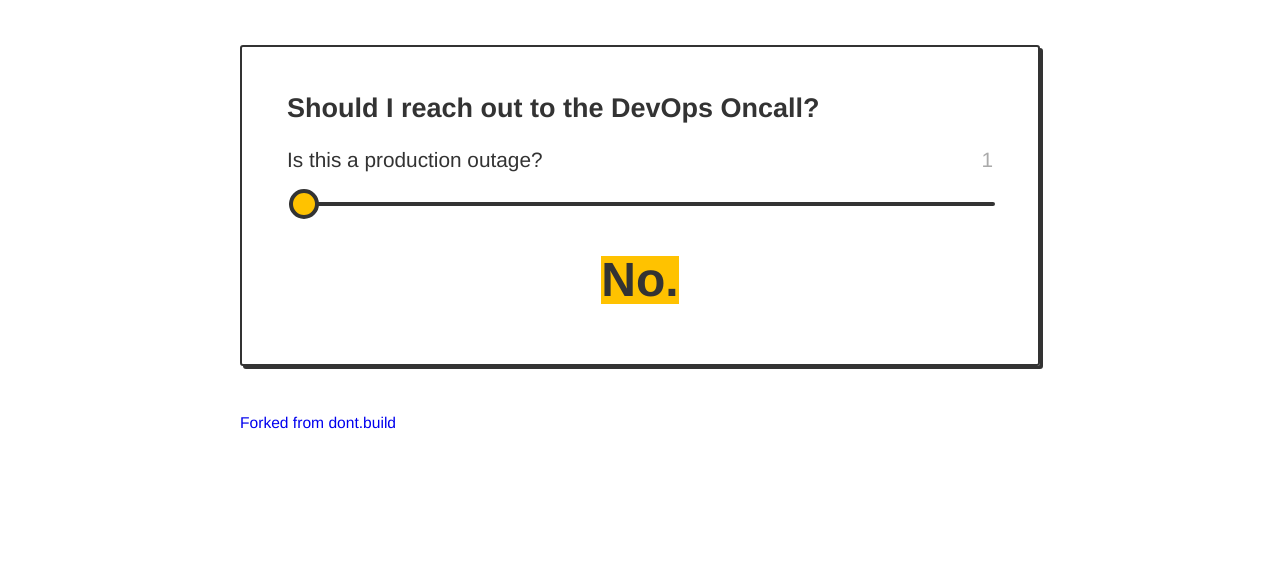
Repository: harishbsrinivas/dont.call
Page: index.html
An editor plug-in stored every save of this project. The page is shown before and after the next save, followed by the edit.
The browser window is 1280 px wide. The pictures show the whole page.

Above is the page before, as saved 2022-12-03 17:20:02.

### index.html
<!DOCTYPE html>
<html lang="en-US">

<head>
    <meta charset="utf-8" />
    <title>Should I reach out to the DevOps oncall?</title>
    <meta name="description"
        content="A simple, opinionated decision system to help decide whether to reach out to the Devops oncall?" />
    <link rel="shortcut icon" href="https://dont.build/favicon.png" />
    <meta property="og:image" content="https://dont.build/thumb.png">
    <meta name="viewport" content="width=device-width, initial-scale=1" />
    <link href="style.css?v=2" rel="stylesheet" type="text/css" />
</head>

<body>

    <div class="container">
        <section class="box">
            <h1 class="title">Should I reach out to the DevOps Oncall?</h1>
            <br />
            <form class="form">
                <fieldset class="p-outage">
                    <span class="value"></span>
                    <label>Is this a production outage?</label>
                    <input type="range" min="1" max="2" step="1" value="1" />
                </fieldset>
            </form>
            <h1 class="answer">
                <span><span class="bool"></span><span class="percent"></span></span>
            </h1>
        </section>

        <noscript>
            <h1>This page requires Javascript to function.</h1>
        </noscript>

        <footer><a href="https://github.com/knadh/dont.build">Forked from dont.build</a>
        </footer>
    </div>


    <script>
        (function () {
            const params = [
                { weight: 3, value: 1, negative: false, name: 'p-outage', },
            ]

            params.forEach((p, n) => {
                let net = 0;
                const inp = document.querySelector(`.${p.name} input`);

                inp.value = p.value;
                inp.oninput = (e) => {
                    const val = parseFloat(e.target.value, 64);
                    document.querySelector(`.${p.name} .value`).innerText = val;
                    p.value = val;

                    // Sum all weighted params.
                    const sum = params.reduce((prev, pm) => {
                        let v = pm.value;
                        if (pm.negative) {
                            v = 10 - v;
                        }

                        return prev + (v / 10 * pm.weight);
                    }, 0);

                    // Display the results.
                    // document.querySelector(".answer .percent").innerText = `${(sum * 100).toFixed(0)}%`;

                    let b = 'Yes';
                    if (sum < 0.5 && sum > 0.46) {
                        b = `No, but a close call.`;
                    } else if (sum < 0.48) {
                        b = `No.`;
                    } else if (sum > 0.5 && sum < 0.54) {
                        b = `Yes, but a close call.`;
                    } else if (sum === 0.5) {
                        b = '50-50. Go with the gut.';
                    }
                    document.querySelector(".answer .bool").innerText = b;
                };

                inp.dispatchEvent(new Event('input'));
            });
        })();
    </script>

</body>

</html>

### style.css
:root {
    --primary: #ffc200;
    --secondary: #333;
}

* {
    box-sizing: border-box;
}

html, body {
    margin: 0;
}

body {
    font-family: 'Helvetica Neue', 'Segoe UI', Arial, sans-serif;
    font-size: 18px;
    line-height: 24px;
    color: var(--secondary);
    height: 100%;
    margin: 0;
    padding: 0;
}

h1, h2, h3 {
  line-height: 2rem;
}

a {
    text-decoration: none;
}

p {
  color: #666;
}

fieldset {
  padding: 0;
  margin: 0;
  border: 0;
}

input[type="range"] {
  -webkit-appearance: none;
  width: 100%;
  height: 4px;
  background: var(--secondary);
  border-radius: 3px;
}

input[type="range"]::-webkit-slider-thumb {
  -webkit-appearance: none;
  background: var(--primary);
  height: 30px;
  width: 30px;
  border-radius: 50%;
  cursor: pointer;
  border: 4px solid var(--secondary);
}

input[type="range"]::-moz-range-thumb {
  background: var(--primary);
  border-radius: 100%;
  height: 20px;
  width: 20px;
  cursor: pointer;
  border: 4px solid var(--secondary);
}

input[type=range]::-webkit-slider-runnable-track  {
  -webkit-appearance: none;
  box-shadow: none;
  border: none;
  background: transparent;
}


button {
    background: var(--primary);
    cursor: pointer;
    border-color: #000;
    padding: 10px 30px;
}
    button:hover {
        background: #aaa;
    }

.container {
    max-width: 800px;
    margin: 45px auto 30px auto;
}
.box {
    padding: 30px 45px;
    border: 1px solid #ddd;
    border-radius: 3px;
    border: 2px solid var(--secondary);
    box-shadow: 3px 3px 0px var(--secondary);
    margin-bottom: 45px;
}

.container .title {
  margin: 15px 0 0px 0;
}

.help {
  margin-top: 5px;
}

.form {
  clear: both;
}
.form fieldset {
  font-size: 1.3rem;
  margin-bottom: 45px;
}
  .form label {
    display: block;
    margin-bottom: 15px;
  }
  .form .value, .help {
    float: right;
    color: #aaa;
  }

.answer {
  text-align: center;
  margin: 30px 0;
  font-size: 3rem;
  line-height: 3rem;
}
  .answer span {
    display: inline-block;
    background: var(--primary);
  }

footer {
  margin: 30px auto;
  color: #999;
  font-size: 0.975rem;
}

@media (max-width: 800px) {
  .container {
    max-width: none;
    margin: 20px 30px 20px 20px;
    padding: 0;
  }
  .box {
    padding: 0;
    border: 0;
    box-shadow: none;
  }
  .help {
    float: none;
  }
  .form label {
    float: left;
    max-width: 90%;
  }
}


@media (max-width: 400px) {
  .form label {
    max-width: 70%;
  }
}

After the next save:
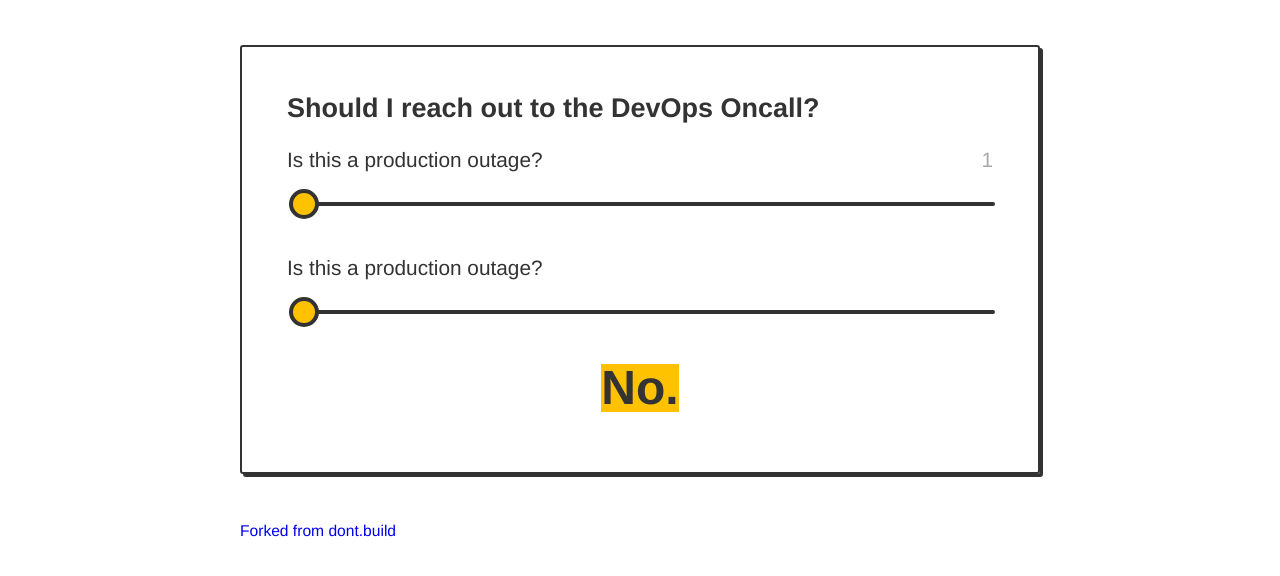
Saved 84 min 38 s later.
--- a/index.html
+++ b/index.html
@@ -19,6 +19,11 @@
             <h1 class="title">Should I reach out to the DevOps Oncall?</h1>
             <br />
             <form class="form">
+                <fieldset class="p-outage">
+                    <span class="value"></span>
+                    <label>Is this a production outage?</label>
+                    <input type="range" min="1" max="2" step="1" value="1" />
+                </fieldset>
                 <fieldset class="p-outage">
                     <span class="value"></span>
                     <label>Is this a production outage?</label>
